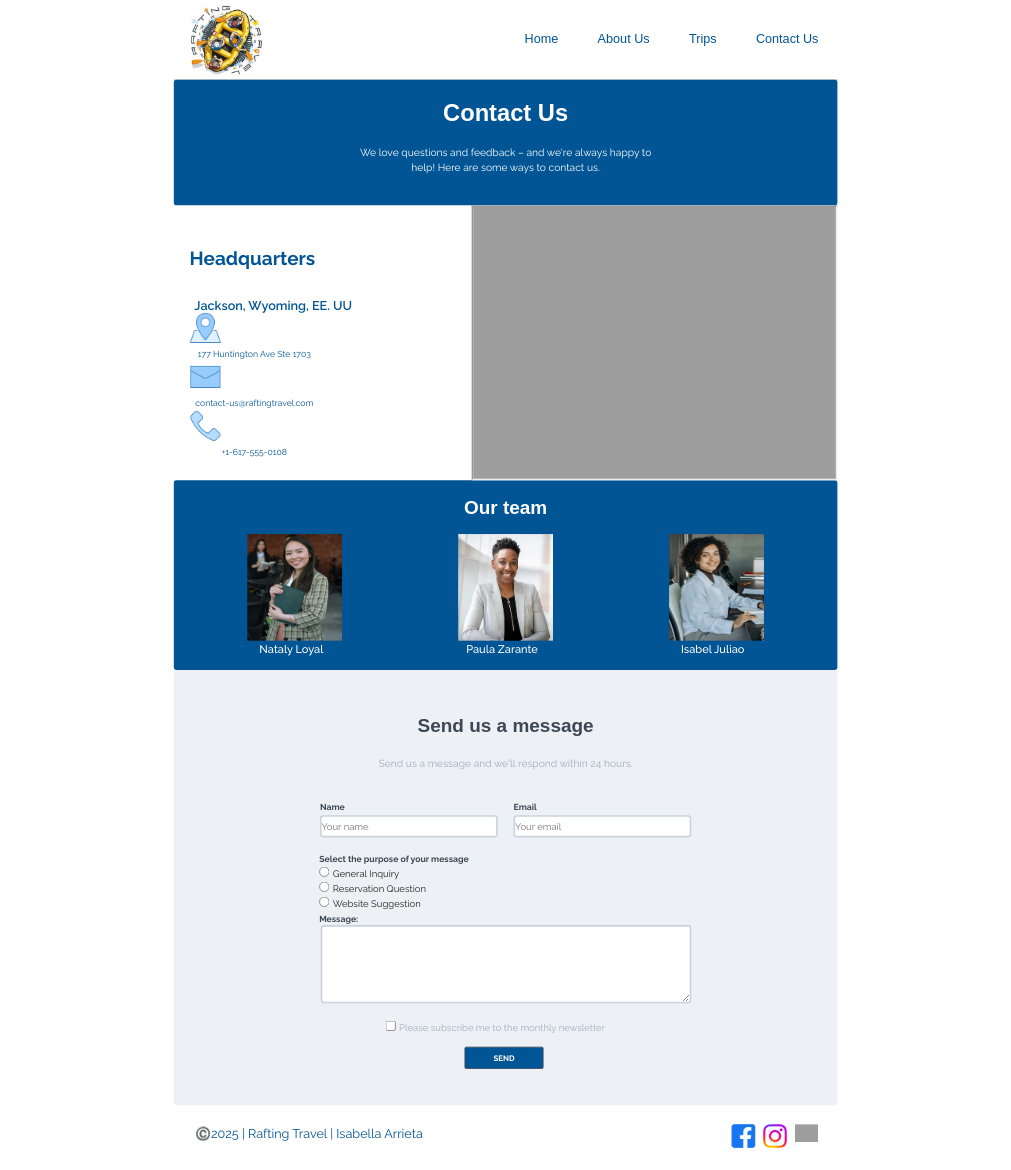
Repository: isaAJ05/wdd130
Page: wwr/contact.html
These files come from the project's save history. The page is drawn as it stood at one moment and after the next save; the edit follows.
The browser window is 1280 px wide. The pictures show the whole page, at 79% of full size.
Pictures or frames that could not be fetched are drawn as grey boxes. Some web fonts or font styles are not loaded; a fallback is used.

Above is the page before, as saved 2025-06-16 18:15:00.

After the next save:
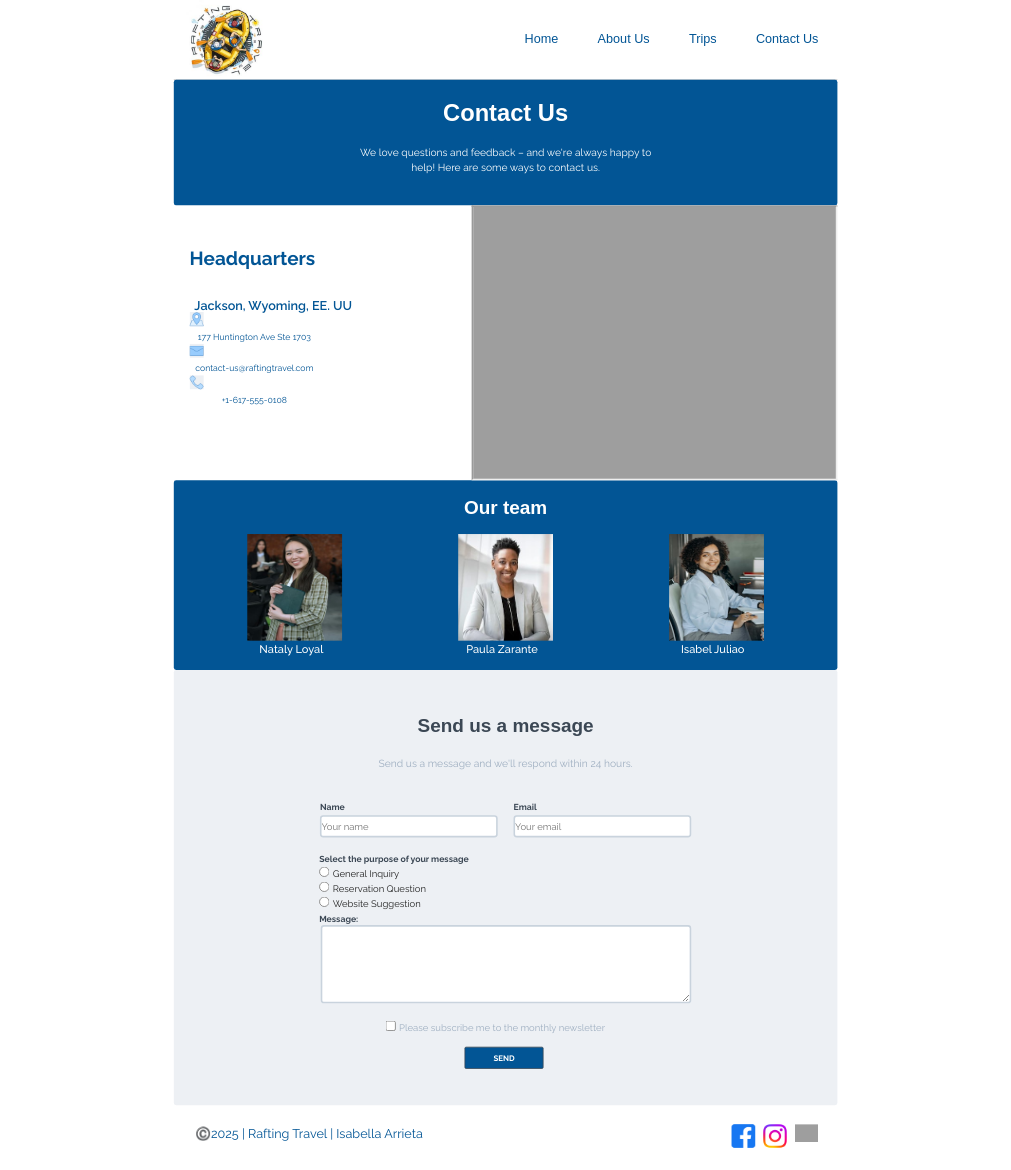
Saved 12 s later.
--- a/wwr/styles/rafting.css
+++ b/wwr/styles/rafting.css
@@ -245,7 +245,7 @@ footer p {
 	line-height: 1.5;
 	text-align: left;
 }
-.circle-4 {
+.address-phone-and-email img {
 	width: 18px;
 	height: 18px;
 	background: #EDF0F4;
